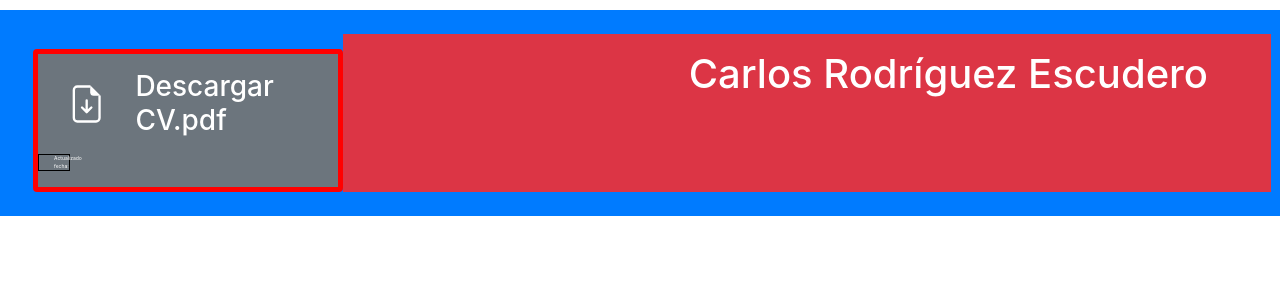
Repository: CarlosRoEs/CarlosWebCV
Page: index.html
The author's editor kept a copy of each file at every save. The page is drawn from the files as they stood at one save, then again after a run of saves.
The browser window is 1280 px wide. The pictures show the whole page.
The style sheet was rebuilt from its Sass, Less or Tailwind sources for each picture, by a compiler version that may differ from the author's.

Above is the page before, as saved 2020-09-15 13:23:19.

After the next 2 saves:
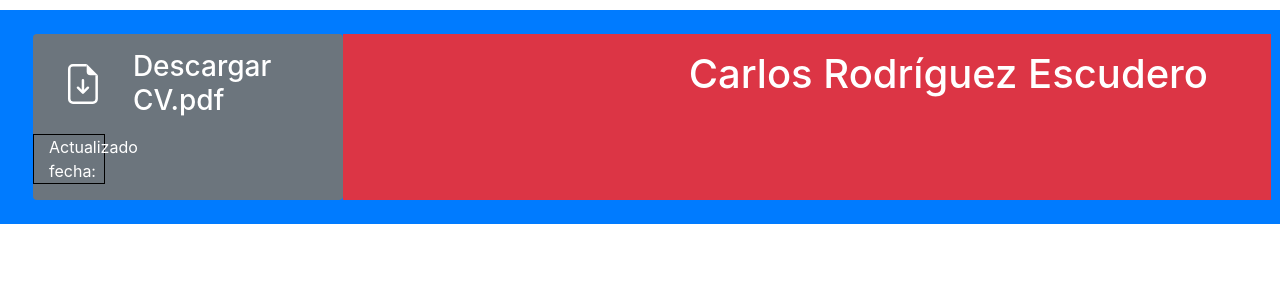
The 2 saves are shown as one change because 1 did not build or start.
The last was saved 24 s later.
--- a/Sass/header.scss
+++ b/Sass/header.scss
@@ -9,9 +9,5 @@
         border: 1px solid black;
     }
 
-    #a-header {
-        margin-top: 15px;
-        border: 5px solid red;
-        font-size: 5px;
-    }
+
 }
